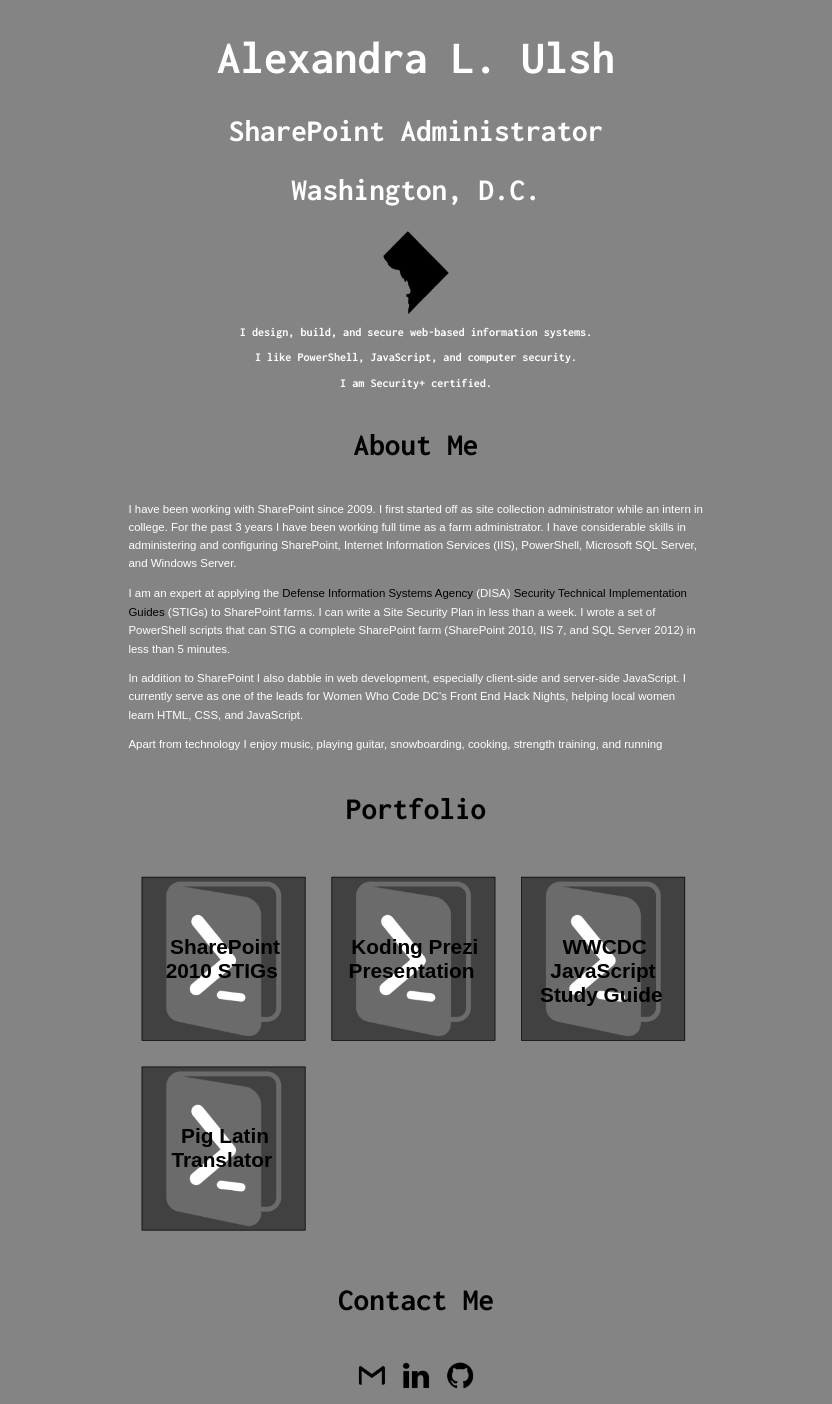
Repository: alulsh/alulsh.github.io
Page: index.html
The author's editor kept a record of every edit. The page is drawn from the files as they stood at one moment, then again after the next edit.
The browser window is 1280 px wide. The pictures show the whole page, at 65% of full size.

Above is the page before.

### index.html
<!DOCTYPE html>
<html lang="en">
  <head>
    <meta charset="utf-8">
    <meta http-equiv="X-UA-Compatible" content="IE=edge">
    <meta name="viewport" content="width=device-width, initial-scale=1">
    <title>Alexandra L. Ulsh</title>

	<!-- Google Fonts -->
	<link href="https://fonts.googleapis.com/css?family=Inconsolata:400,700" rel="stylesheet" type="text/css">

	<link href="css/styles.css" rel="stylesheet" type="text/css">

  </head>
<body>
		<div class="container">

			<h1 class="inconsolata">Alexandra L. Ulsh</h1>

				<h2 class="inconsolata" id="MyJob">
				    <a href="http://www.skylinetechnologies.com/Blog/Article/128/What-is-a-SharePoint-Administrator.aspx" id="MyJobLink" alt="What is a SharePoint Administrator?" title="What is a SharePoint Administrator?">SharePoint Administrator</a>
				</h2>

				<h2 class="inconsolata">Washington, D.C.</h2>
				<img src="images/dcSmall.png" id="washingtonDC" />

				<div class="inconsolata">
					<h3>I design, build, and secure web-based information systems.</h3>
					<h3>I like PowerShell, JavaScript, and computer security.</h3>
					<h3>I am Security+ certified.</h3>
				</div>

		</div>

        <div id="MainContent">

    			<h2 class="MainSection">About Me</h2>

                <p>I have been working with SharePoint since 2009. I first started off as site collection administrator while an intern in college. For the past 3 years I have been working full time as a farm administrator. I have considerable skills in administering and configuring SharePoint, Internet Information Services (IIS), PowerShell, Microsoft SQL Server, and Windows Server.</p>

                <p>I am an expert at applying the <a href="http://www.disa.mil/">Defense Information Systems Agency</a> (DISA) <a href="http://iase.disa.mil/stigs/Pages/index.aspx">Security Technical Implementation Guides</a> (STIGs) to SharePoint farms. I can write a Site Security Plan in less than a week. I wrote a set of PowerShell scripts that can STIG a complete SharePoint farm (SharePoint 2010, IIS 7, and SQL Server 2012) in less than 5 minutes.</p>

                <p>In addition to SharePoint I also dabble in web development, especially client-side and server-side JavaScript. I currently serve as one of the leads for Women Who Code DC's Front End Hack Nights, helping local women learn HTML, CSS, and JavaScript.</p>

                <p>Apart from technology I enjoy music, playing guitar, snowboarding, cooking, strength training, and running</p>

            <h2 class="MainSection">Portfolio</h2>

            	<div id="PortfolioWrapper">

									<a href="https://github.com/alulsh/SharePoint-2010-STIGs">
		                <div class="portfolio powershell">
		                	<span class="portfolioText">SharePoint 2010 STIGs</span>
		                </div>
	                </a>

	                <!--
	                <div class="portfolio powershell">
	                	<span class="portfolioText">SharePoint 2010 Setup Scripts</span>
	                </div>
	                -->

	                <a href="http://prezi.com/imdoo23pxek3/?utm_campaign=share&utm_medium=copy&rc=ex0share">
		                <div class="portfolio powershell">
		                	<span class="portfolioText">Koding Prezi Presentation</span>
		                </div>
	                </a>

	                <a href="https://github.com/womenwhocodedc/organization/blob/master/learning-resources/front-end-hack-nights/javascript_study_guide.md">
		                <div class="portfolio powershell">
		                	<span class="portfolioText">WWCDC JavaScript Study Guide<span>
		                </div>
		              </a>

	                <a href="https://github.com/alulsh/Pig-Latin-Translator">
		                <div class="portfolio powershell">
		                	<span class="portfolioText">Pig Latin Translator</span>
		                </div>
	                </a>

            	</div>

          <div class="wrapper">
						<h2 class="MainSection clear">Contact Me</h2>
          </div>

    		  <div id="SocialMediaWrapper">

	          <a href="mailto:alexandra.ulsh@gmail.com">
							<div id="GmailIcon" class="SocialMediaIcon"></div>
	          </a>

						<a href="http://www.linkedin.com/in/alexandraulsh">
							<div id="LinkedInIcon" class="SocialMediaIcon"></div>
						</a>

						<a href="https://github.com/alulsh/">
							<div id="GitHubIcon" class="SocialMediaIcon"></div>
						</a>

					</div>

    	</div>

  </body>
</html>

### css/styles.css
/* General styles */

body {
    background-color: #848484;
    font-family: Arial, sans-serif;
    color: #FFF;
}

p {
    line-height: 160%;
    font-size: 1.1em;
}

a {
    text-decoration: none;
    color: #000;
}

a:hover {
    color: #2E2E2E;
}

a:visited {
    color: #000;
}

.inconsolata {
    font-family: 'Inconsolata', Arial, serif;
    font-weight: 700;
}

h1 {
    font-size: 72px;
    margin: 50px 0px 50px 0px;
    text-align: center;
}

h2 {
   margin-top: 35px;
   font-size: 48px;
}

/*
h1:hover, h2:hover, h3:hover, #MyJobLink:hover {
    color: #000;
}

h3 {
    margin-bottom: 30px;
    font-size: 24px;
}


/* Divs and sections */

.container {
    width: 100%;
    margin: auto;
    text-align: center;
}

#MyJobLink {
    text-decoration: none;
    color: #FFF;
    cursor: help;
}

#washingtonDC {
    vertical-align: middle;
    width: 100px;
    height: 127px;
}

#MainContent {
    width: 70%;
    margin: auto;
}

.MainSection {
    text-align: center;
    margin: 60px 0px 60px 0px;
    font-size: 48px;
    color: #000;
    font-family: 'Inconsolata', Arial, serif;
    font-weight: 700;
}

.MainSection:hover {
    color: #FFF;
}

/* Portfolio styles */

#PortfolioWrapper {
    width: 100%;
    margin: auto;
    border: 1 px solid black;
}

.portfolioText {
    color: #000;
    position: relative;
    top: 35%;
    font-weight: bold;
    padding: 5px;
}

.powershell {
    background: url(../images/PS_BlackAndWhite_Medium.png);
    height: 250px;
    width: 250px;
}

.portfolio:hover {
    background-color: #000;
    opacity: 0.9;
}

.portfolio:hover .portfolioText {
    color: #2E2E2E;
}

.wrapper {
    clear: both;
    padding-top: 1px;
}

.clear {
    clear: both;
}

.portfolio {
    background-color: rgba(0,0,0,0.5);
    float: left;
    margin: 20px;
    border: 1px solid black;
    font-size: 32px;
    text-align: center;
    height: 250px;
    width: 250px;
}

/* Social Media Styles */

#SocialMediaWrapper {
    margin: auto;
    text-align: center;
}

.SocialMediaIcon {
    height: 64px;
    width: 64px;
    margin: auto;
    display: inline-block;
    border: 0px;
}

#GmailIcon {
    background-image: url(../images/gmail-64-black.png);
}

#GmailIcon:hover {
    background: url(../images/gmail-64.png);
}

#LinkedInIcon {
    background: url(../images/linkedin-64-black.png);
}

#LinkedInIcon:hover {
    background: url(../images/linkedin-64.png);
}

#GitHubIcon {
    background: url(../images/github-64-black.png);
}

#GitHubIcon:hover {
    background: url(../images/github-64.png);
}

After the next edit:
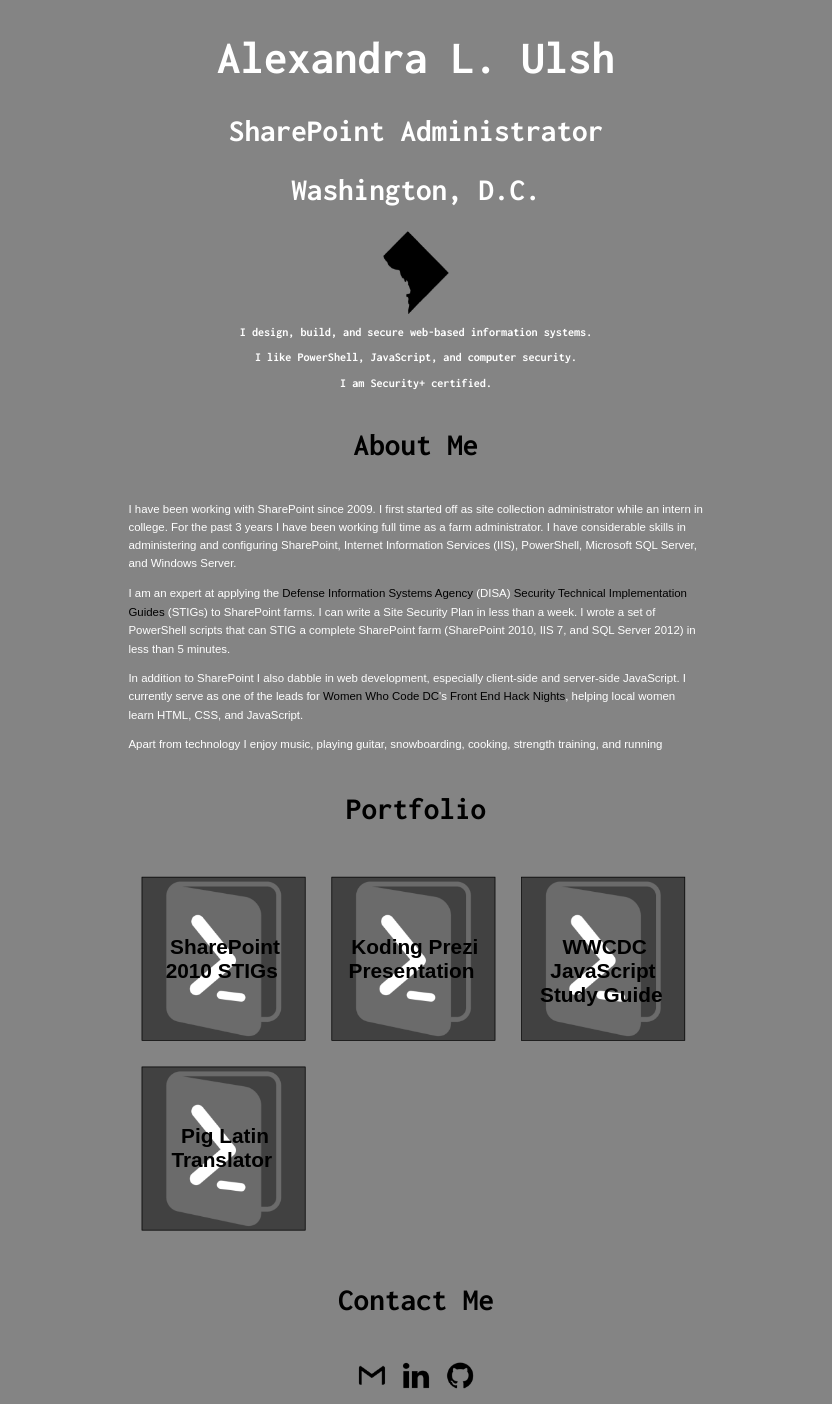
The edit:
--- a/index.html
+++ b/index.html
@@ -40,7 +40,7 @@
 
                 <p>I am an expert at applying the <a href="http://www.disa.mil/">Defense Information Systems Agency</a> (DISA) <a href="http://iase.disa.mil/stigs/Pages/index.aspx">Security Technical Implementation Guides</a> (STIGs) to SharePoint farms. I can write a Site Security Plan in less than a week. I wrote a set of PowerShell scripts that can STIG a complete SharePoint farm (SharePoint 2010, IIS 7, and SQL Server 2012) in less than 5 minutes.</p>
 
-                <p>In addition to SharePoint I also dabble in web development, especially client-side and server-side JavaScript. I currently serve as one of the leads for Women Who Code DC's Front End Hack Nights, helping local women learn HTML, CSS, and JavaScript.</p>
+                <p>In addition to SharePoint I also dabble in web development, especially client-side and server-side JavaScript. I currently serve as one of the leads for <a href="https://twitter.com/womenwhocodedc">Women Who Code DC</a>'s <a href="http://www.meetup.com/Women-Who-Code-DC/">Front End Hack Nights</a>, helping local women learn HTML, CSS, and JavaScript.</p>
 
                 <p>Apart from technology I enjoy music, playing guitar, snowboarding, cooking, strength training, and running</p>
 
